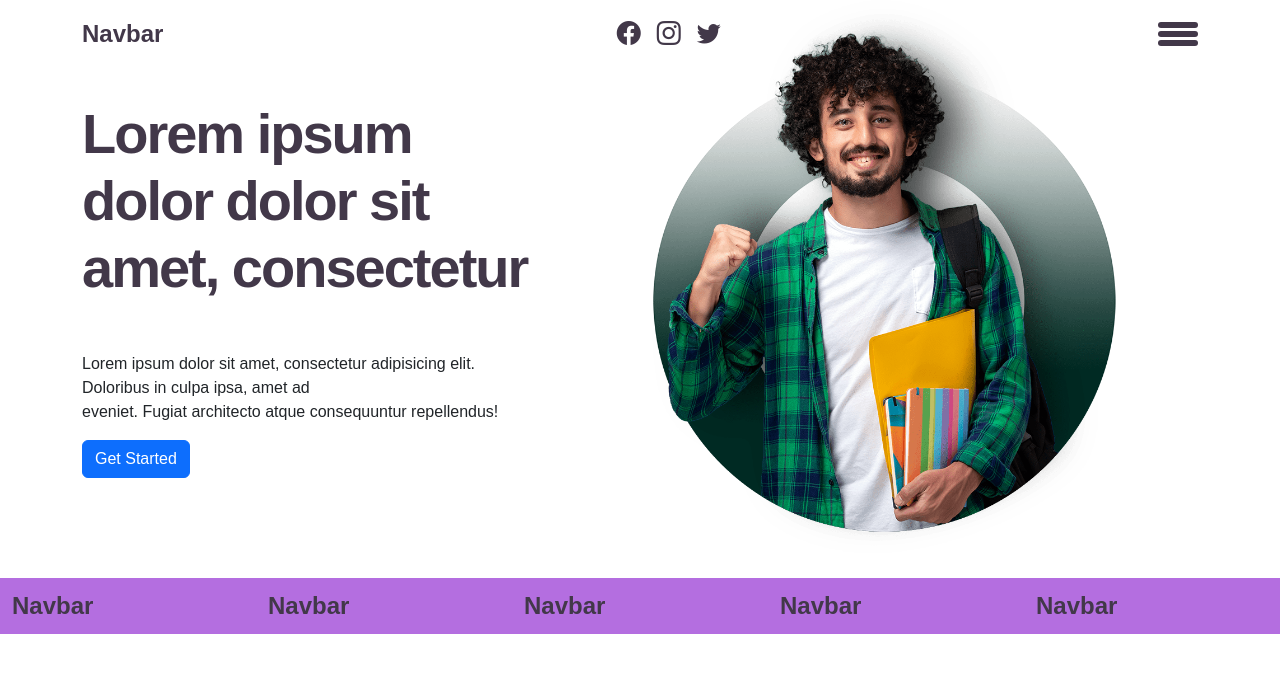
Repository: tagnam/project27012025
Page: index.html
The author's editor kept a copy of each file at every save. The page is drawn from the files as they stood at one save, then again after the next save.
The browser window is 1280 px wide. The pictures show the whole page.

Above is the page before, as saved 2025-01-27 16:08:17.

### index.html
<!DOCTYPE html>
<html lang="en">
<head>
    <meta charset="UTF-8">
    <meta name="viewport" content="width=device-width, initial-scale=1.0">
    <link href="https://cdn.jsdelivr.net/npm/bootstrap@5.3.3/dist/css/bootstrap.min.css" rel="stylesheet" integrity="sha384-QWTKZyjpPEjISv5WaRU9OFeRpok6YctnYmDr5pNlyT2bRjXh0JMhjY6hW+ALEwIH" crossorigin="anonymous">
    <link rel="stylesheet" href="style/css/index.css">
    <link rel="stylesheet" href="style/css/animation.css">
    <link rel="stylesheet" href="style/css/responsive.css">
    <title>project27012025</title>
</head>
<body>
<header>
    <!-- --------------------------------------------start nav bar ------------------------------->
    <nav class="navbar navbar-expand-lg custom-nav">
        <div class="container">
          <div class="collapse navbar-collapse justify-content-between" id="navbarSupportedContent">
            <a class="navbar-brand" href="#">Navbar</a>
            <ul class="navbar-nav  ">

              <li class="nav-item">
                <a class="nav-link" href="#"><i class="bi bi-facebook"></i></a>
              </li>
              <li class="nav-item">
                <a class="nav-link" href="#"><i class="bi bi-instagram"></i></a>
              </li>
              <li class="nav-item">
                <a class="nav-link" href="#"><i class="bi bi-twitter"></i></a>
              </li>
            </ul>
            <div class="d-flex">
               <div class="menu-container" type="button" data-bs-toggle="offcanvas" data-bs-target="#offcanvasExample" aria-controls="offcanvasExample">
                <span class="span-menu-01 menu-icon"></span>
                <span class="span-menu-02 menu-icon"></span>
                <span class="span-menu-03 menu-icon"></span>
            </div>
            </div>
          </div>
        </div>
      </nav>

      <!-- ------------------------------start offcanvas ---------------------------------------->
      <div class="offcanvas offcanvas-start " tabindex="-1" id="offcanvasExample" aria-labelledby="offcanvasExampleLabel">
        <div class="offcanvas-header">
          <h5 class="offcanvas-title" id="offcanvasExampleLabel">Offcanvas</h5>
          <button type="button" class="btn-close text-reset" data-bs-dismiss="offcanvas" aria-label="Close"></button>
        </div>
        <div class="offcanvas-body">
          <div>
            Some text as placeholder. In real life you can have the elements you have chosen. Like, text, images, lists, etc.
          </div>
          <div class="dropdown mt-3">
            <button class="btn btn-secondary dropdown-toggle" type="button" id="dropdownMenuButton" data-bs-toggle="dropdown">
              Dropdown button
            </button>
            <ul class="dropdown-menu" aria-labelledby="dropdownMenuButton">
              <li><a class="dropdown-item" href="#">Action</a></li>
              <li><a class="dropdown-item" href="#">Another action</a></li>
              <li><a class="dropdown-item" href="#">Something else here</a></li>
            </ul>
          </div>
        </div>
      </div>
       <!-- -----------------------------end offcanvas ------------------------------------------->
      <!------------------------------------------------ end navbar ----------------------------->


</header>
<section class="hero-section">
    <div  class="container" style="height: 100%;">
        <div class="row" >
            <div class="col-lg-6 col-md-6 col-sm-12">
                <div class="banner-content ">
                    <h1>Lorem ipsum dolor  dolor sit amet, consectetur </h1>
                    <p>Lorem ipsum dolor sit amet, consectetur adipisicing elit. Doloribus in culpa ipsa, amet ad<br> eveniet. Fugiat architecto atque consequuntur repellendus!</p>
                    <button class="btn btn-primary">Get Started</button>
                </div>
            </div>
            <div class="col-lg-6 col-md-6 col-sm-12">
                <div class="banner-img d-flex justify-content-end">
                    <img src="image/hero-banner-01.webp" class="w-100" alt="">

            </div>

        </div>
    </div>
    <!-- <div class="row">
        <div class="col-lg-6 col-md-6 col-sm-12 d-flex justify-content-start">
            <div class="banner-btn">
                <a class="btn custom-btn btn-outline-success"> Get Started </a>
            </div>
        </div>
        <div class="col-lg-6 col-md-6 col-sm-12 d-flex justify-content-end">
             <div class="banner-footer-text">
                <p>Lorem ipsum dolor sit amet <br>consectetur adipisicing elit. Numquam, vel.</p>
             </div>

    </div>
 </div> -->
  </section>


<section class="client-section">
    <div class="container-fluid">
       <div class="row">
        <div class="col">
            <a class="navbar-brand w-25" href="#">Navbar</a>
        </div>
        <div class="col">
            <a class="navbar-brand w-25" href="#">Navbar</a>
        </div>
        <div class="col">
            <a class="navbar-brand w-25" href="#">Navbar</a>
        </div>
        <div class="col">
            <a class="navbar-brand w-25" href="#">Navbar</a>
        </div>
        <div class="col">
            <a class="navbar-brand w-25" href="#">Navbar</a>
        </div>

    </div>
    </div>
</section>
<script src="https://cdn.jsdelivr.net/npm/bootstrap@5.3.3/dist/js/bootstrap.bundle.min.js" integrity="sha384-YvpcrYf0tY3lHB60NNkmXc5s9fDVZLESaAA55NDzOxhy9GkcIdslK1eN7N6jIeHz" crossorigin="anonymous"></script>
<script src="style/js/custom.js"></script>
</body>
</html>

### style/css/index.css
@import url("https://cdn.jsdelivr.net/npm/bootstrap-icons@1.11.3/font/bootstrap-icons.min.css");

*{
 margin: 0;
padding: 0;
box-sizing: border-box;
}

:root{
    --dark-color:#423849;
    --semi-dark-color:#b46ee0;
    --light-color:#d287d4;
    --white-color:#fff;
    --main-heading-font-size: 3.5rem;
    --subheading-font-size: 2rem;
    --paragraph-font-size: 1rem;


}


body{
    font-family: 'Poppins', sans-serif;


}

header{
    position: fixed;
    top: 0;
    z-index: 1000;
width: 100%;
}

.navbar-brand{
    font-size: 1.5rem;
    font-weight: 800;
    color: var(--dark-color);
}

.menu-icon{
    display: block;
    width: 40px;
    height: 6px;
    background-color: var(--dark-color);
    margin: 3px auto;
    border-radius: 20px;
    cursor: pointer;
}


.nav-link .bi{
    font-size: 1.5rem;
    color: var(--dark-color);
}

.banner-content{
    margin: 100px auto;
    padding-right: 100px;
}

.banner-content h1{
    color: var(--dark-color);
    font-weight: 800;
    /* font-size: 55px; */
    font-size: var(--main-heading-font-size);
    letter-spacing: -2px;
    margin: 50px 0px;
}
/* .hero-section{
   background-image: url(/image/business-banner.jpg);
    background-size: cover;
    background-position: center;
    height: 100vh;
} */

.banner-footer-text p{
    color: var(--dark-color);

}


.client-section{
    background-color: var(--semi-dark-color);
    padding: 10px 0px;
}

Loaded but not shown: style/js/custom.js (no copy from this time; the picture is the same without it); style/css/animation.css (no stored copy; drawn as an empty file); style/css/responsive.css (no stored copy; drawn as an empty file)

After the next save:
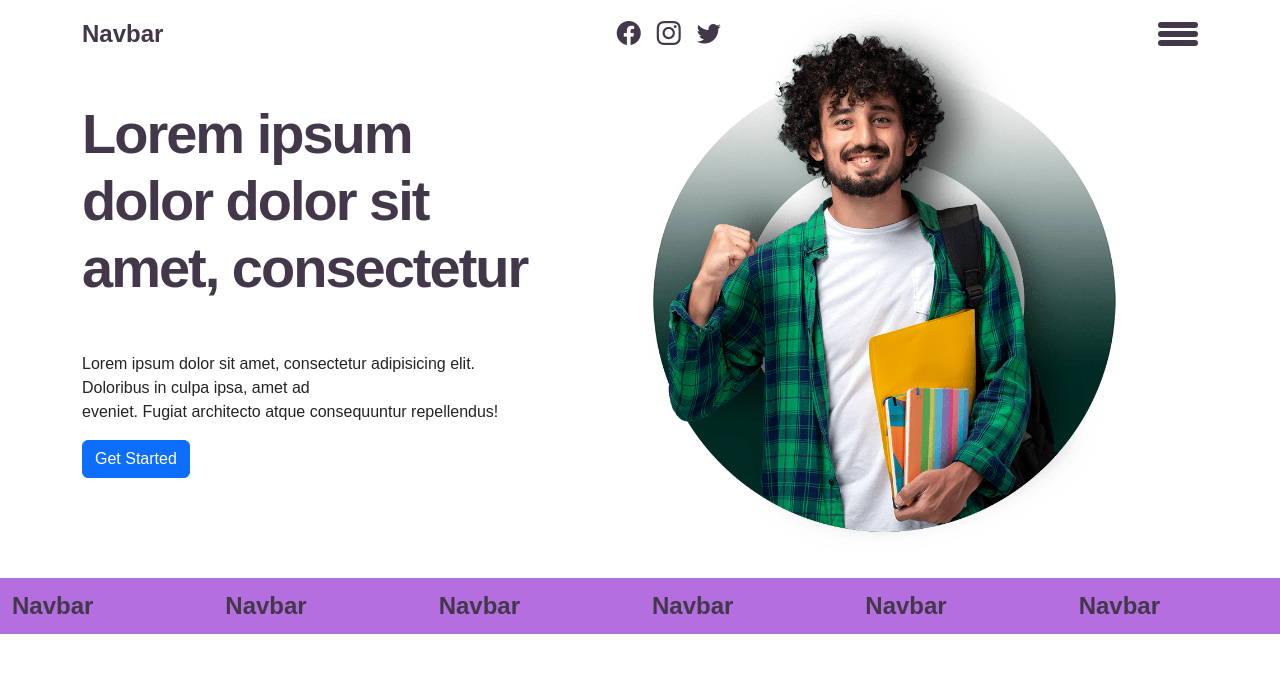
Saved 12 s later.
--- a/index.html
+++ b/index.html
@@ -118,6 +118,9 @@
         <div class="col">
             <a class="navbar-brand w-25" href="#">Navbar</a>
         </div>
+        <div class="col">
+            <a class="navbar-brand w-25" href="#">Navbar</a>
+        </div>
 
     </div>
     </div>
